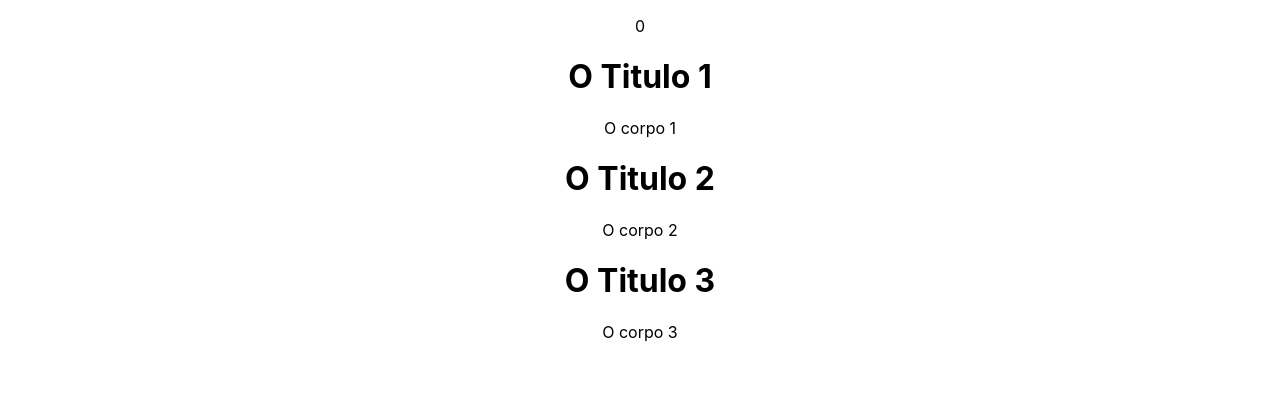
Repository: RobertoBaiochi/project-1
Page: /
An editor plug-in stored every save of this project. The page is shown before and after the next save, followed by the edit.
The browser window is 1280 px wide. The pictures show the whole page.
The project was rebuilt for these pictures with package versions that can differ from the ones it lists, and the page was loaded fresh each time. Imported but missing from the stored project, and not drawn on this page: src/reportWebVitals.

Above is the page before, as saved 2022-11-15 22:58:35.

### src/App.js
import "./App.css";
import { Component } from "react";

class App extends Component {
  state = {
    counter: 0,
    posts: [
      {
        id: 1,
        title: "O Titulo 1",
        body: "O corpo 1",
      },
      {
        id: 2,
        title: "O Titulo 2",
        body: "O corpo 2",
      },
      {
        id: 3,
        title: "O Titulo 3",
        body: "O corpo 3",
      },
    ],
  };

  componentDidMount() {
    console.log('Oi')
  }

  render() {
    const { posts, counter } = this.state;
    return (
      <div className="App">
        <p>{counter}</p>
        {posts.map((post) => {
          return (
            <div key={post.id} className="post">
              <h1>{post.title}</h1>
              <p>{post.body}</p>
            </div>
          );
        })}
      </div>
    );
  }
}

export default App;

Loaded but not shown: public/index.html (common file); src/index.js (common file); src/index.css (common file); src/App.css (common file)

After the next save:
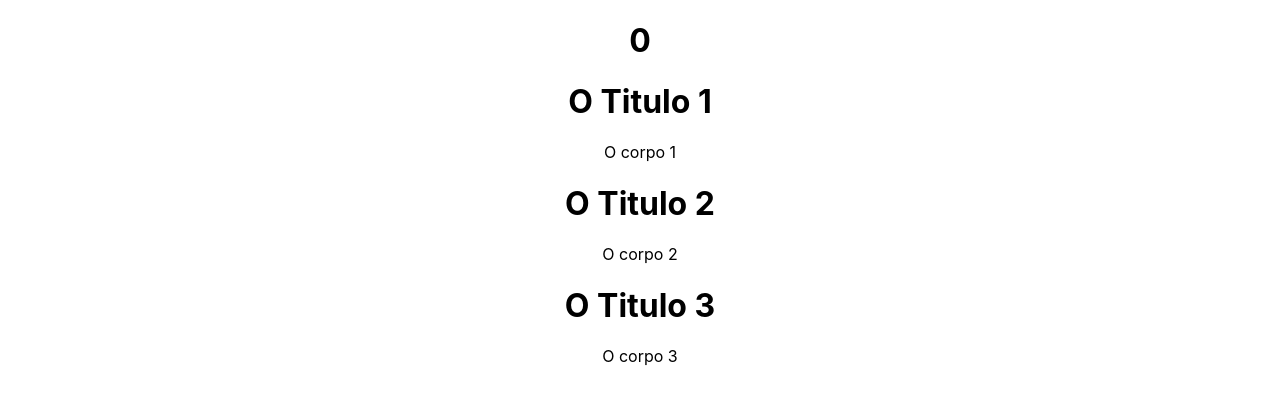
Saved 25 s later.
--- a/src/App.js
+++ b/src/App.js
@@ -31,7 +31,7 @@ class App extends Component {
     const { posts, counter } = this.state;
     return (
       <div className="App">
-        <p>{counter}</p>
+        <h1>{counter}</h1>
         {posts.map((post) => {
           return (
             <div key={post.id} className="post">
